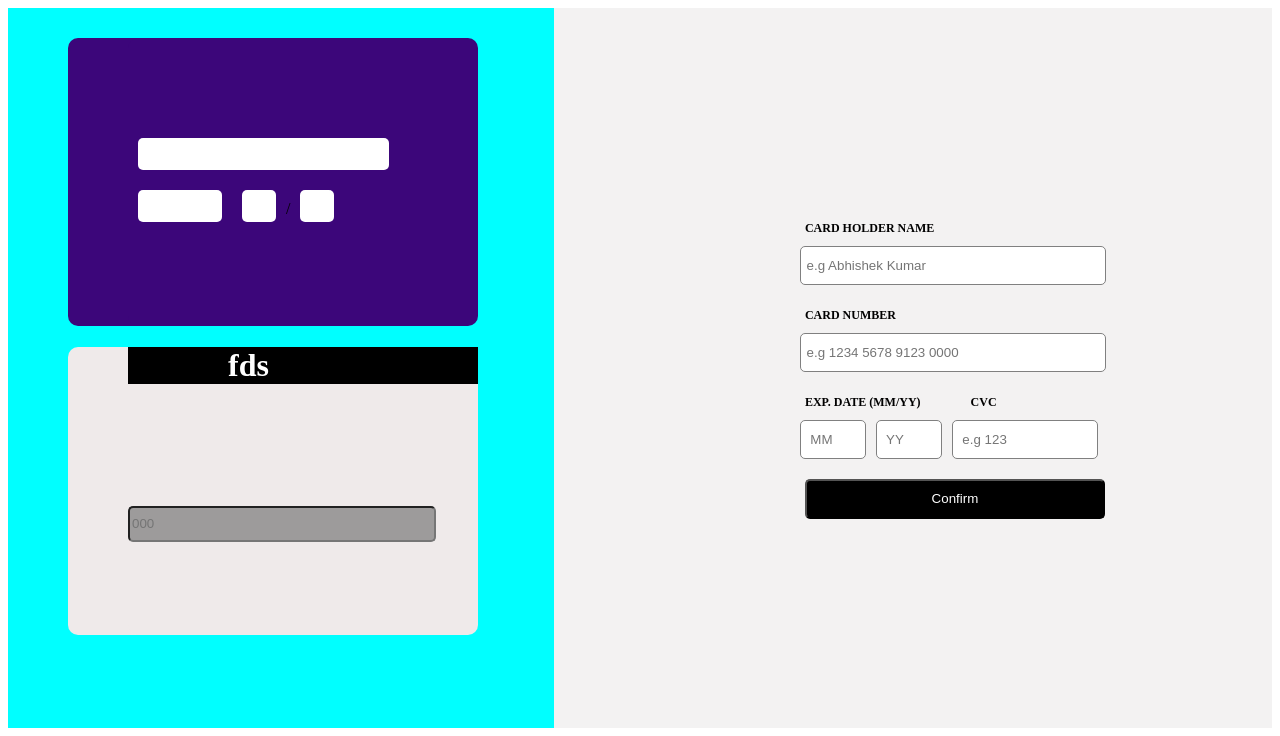
Repository: Abhi2359/frontendchallenge-1
Page: /
These files come from the project's save history. The page is drawn as it stood at one moment and after the next save; the edit follows.
The browser window is 1280 px wide. The pictures show the whole page.
The project was rebuilt for these pictures with package versions that can differ from the ones it lists, and the page was loaded fresh each time.

Above is the page before, as saved 2023-02-15 20:21:16.

After the next save:
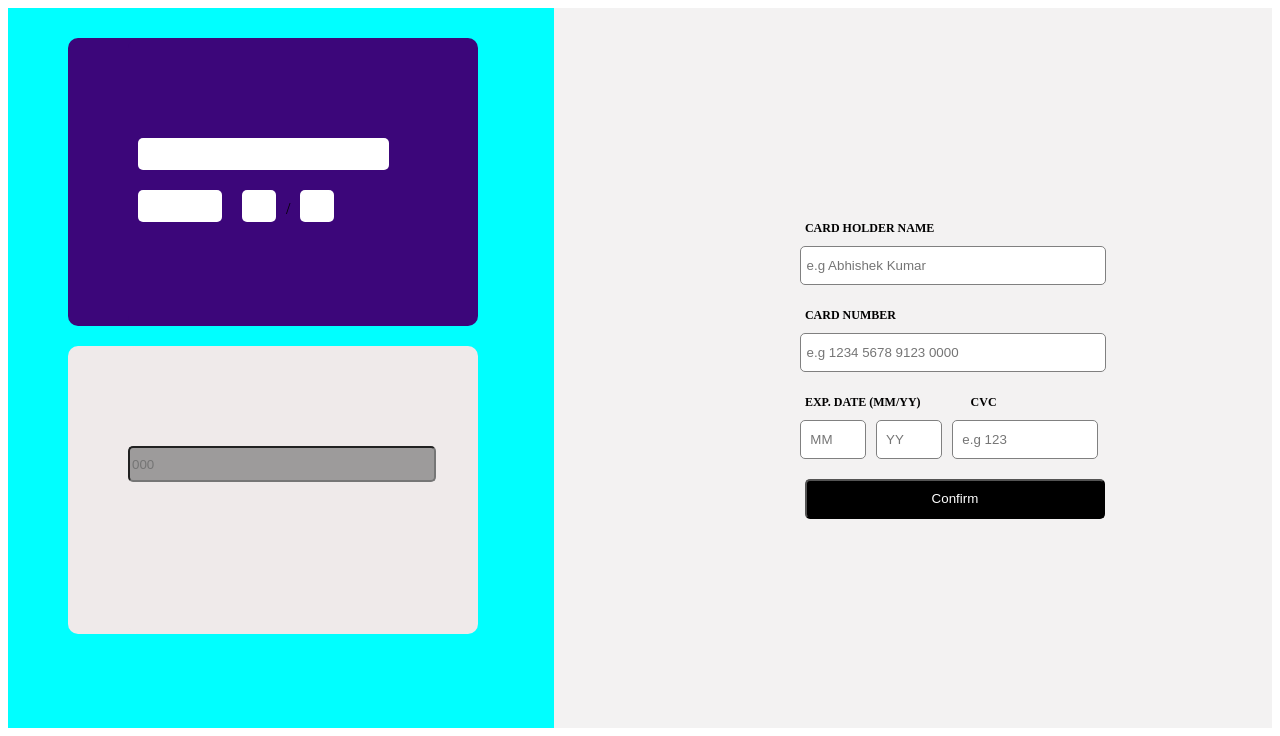
Saved 18 s later.
--- a/src/components/Cards/Card2.js
+++ b/src/components/Cards/Card2.js
@@ -5,9 +5,7 @@ function Card2({cvc}) {
   return (
     <>
       <div className="card2">
-        <div class="strip">
-          <h1>fds</h1>
-        </div>
+
         <div class="_card__number2">
 
           <input type="text" value={cvc} readOnly className="card2_input" placeholder="000" />
